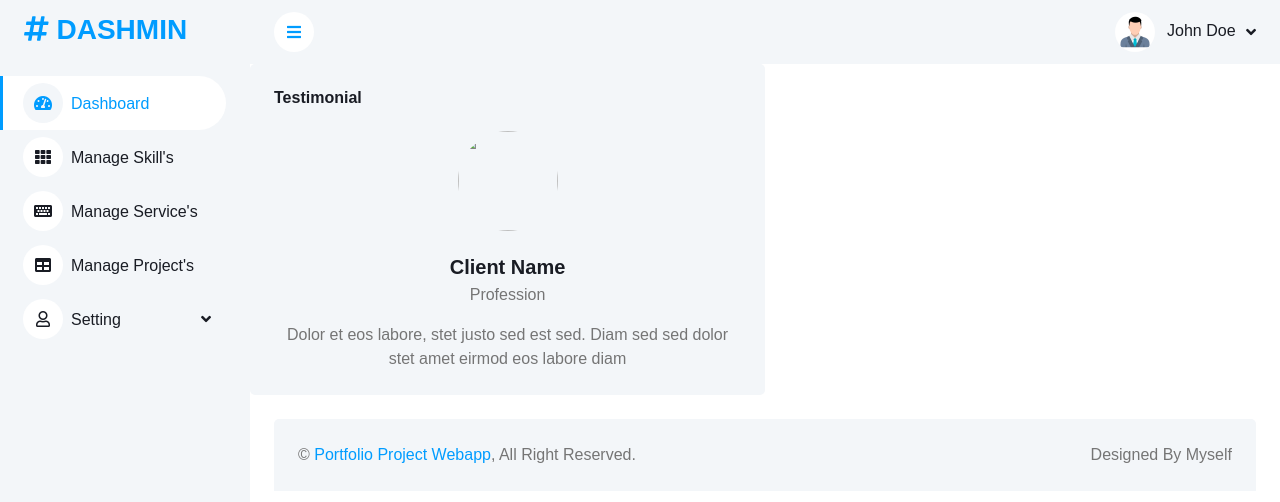
Repository: h4fizm/management-portfolio-project-webapp
Page: http://localhost/profile
The author's editor kept a copy of each file at every save. The page is drawn from the files as they stood at one save, then again after the next save.
The browser window is 1280 px wide. The pictures show the whole page.
Some web fonts or font styles are not loaded; a fallback is used. Some web libraries are served in a nearby version. The page is served by the project's Laravel application, run on PHP 8.4 with Laravel 12. A made-up administrator, Test User (test@example.com), is signed in.

Above is the page before, as saved 2025-01-15 02:58:05.
Console error: TypeError: Cannot read properties of undefined (reading 'getContext')

After the next save:
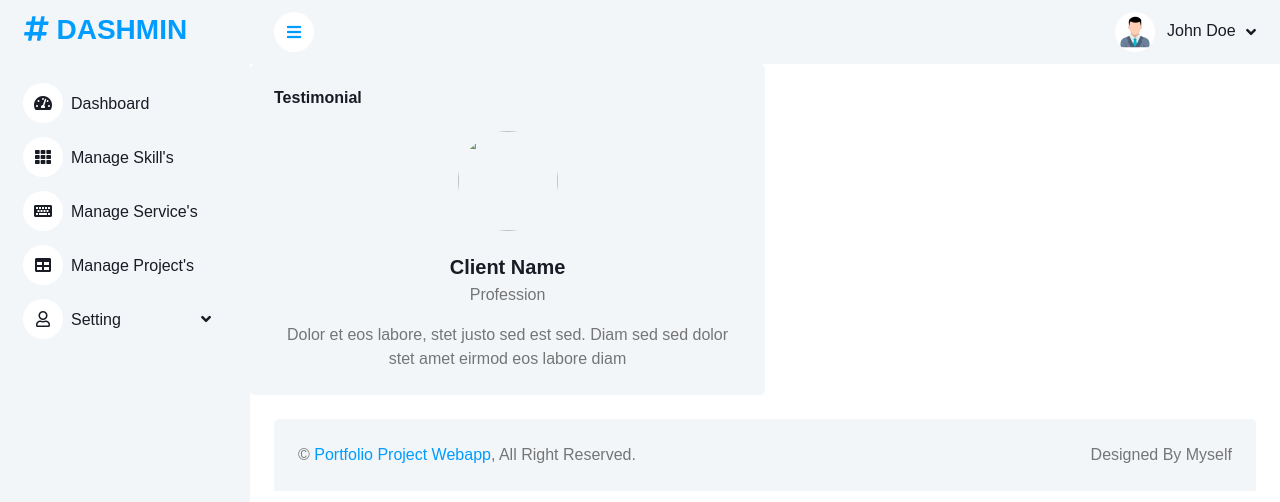
Saved 86 s later.
--- a/resources/views/partials/sidebar.blade.php
+++ b/resources/views/partials/sidebar.blade.php
@@ -1,18 +1,28 @@
 <div class="sidebar pe-4 pb-3">
     <nav class="navbar bg-light navbar-light">
-        <a href="index.html" class="navbar-brand mx-4 mb-3">
+        <a href="{{ route('dashboard') }}" class="navbar-brand mx-4 mb-3">
             <h3 class="text-primary"><i class="fa fa-hashtag me-2"></i>DASHMIN</h3>
         </a>
         <div class="navbar-nav w-100">
-            <a href="index.html" class="nav-item nav-link active"><i class="fa fa-tachometer-alt me-2"></i>Dashboard</a>
-            <a href="widget.html" class="nav-item nav-link"><i class="fa fa-th me-2"></i>Manage Skill's</a>
-            <a href="form.html" class="nav-item nav-link"><i class="fa fa-keyboard me-2"></i>Manage Service's</a>
-            <a href="table.html" class="nav-item nav-link"><i class="fa fa-table me-2"></i>Manage Project's</a>
+            <a href="{{ route('dashboard') }}" class="nav-item nav-link @if(Route::currentRouteName() == 'dashboard') active @endif">
+                <i class="fa fa-tachometer-alt me-2"></i>Dashboard
+            </a>
+            <a href="#" class="nav-item nav-link">
+                <i class="fa fa-th me-2"></i>Manage Skill's
+            </a>
+            <a href="#" class="nav-item nav-link">
+                <i class="fa fa-keyboard me-2"></i>Manage Service's
+            </a>
+            <a href="#" class="nav-item nav-link">
+                <i class="fa fa-table me-2"></i>Manage Project's
+            </a>
             <div class="nav-item dropdown">
-                <a href="#" class="nav-link dropdown-toggle" data-bs-toggle="dropdown"><i class="far fa-user me-2"></i></i>Setting</a>
+                <a href="#" class="nav-link dropdown-toggle" data-bs-toggle="dropdown">
+                    <i class="far fa-user me-2"></i>Setting
+                </a>
                 <div class="dropdown-menu bg-transparent border-0">
-                    <a href="signin.html" class="dropdown-item">Manage User</a>
-                    <a href="signup.html" class="dropdown-item">My Profile</a>
+                    <a href="#" class="dropdown-item">Manage User</a>
+                    <a href="{{ route('profile') }}" class="dropdown-item @if(Route::currentRouteName() == 'profile') active @endif">My Profile</a>
                 </div>
             </div>
         </div>
